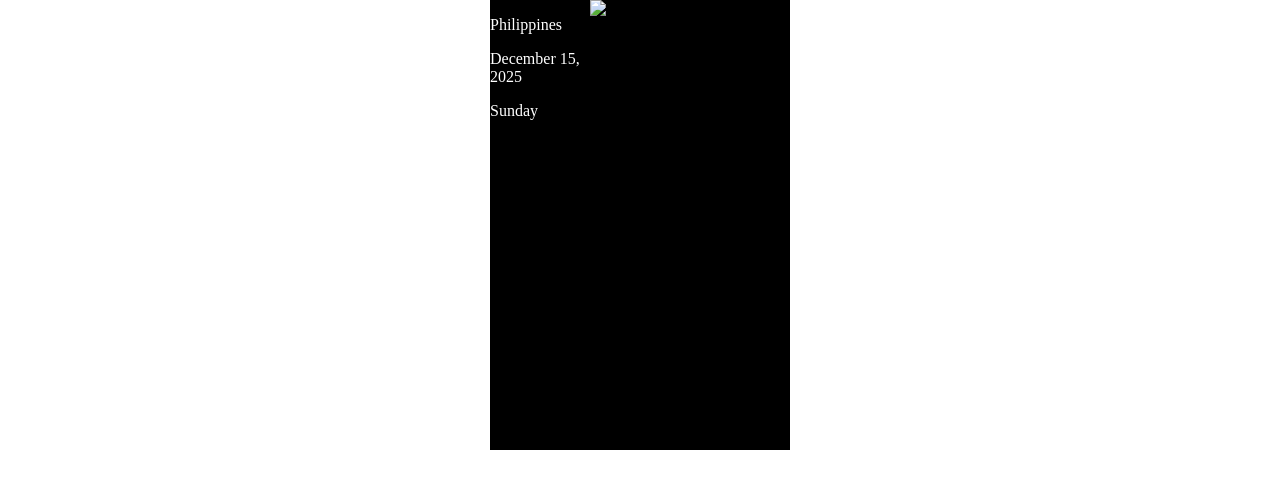
Repository: dmpelaez/weatherApp
Page: WeatherApp.html
An editor plug-in stored every save of this project. The page is shown before and after the next save, followed by the edit.
The browser window is 1280 px wide. The pictures show the whole page.
The page's requests for data from a server got no answer.

Above is the page before, as saved 2025-12-14 12:09:47.

### WeatherApp.html
<!DOCTYPE html>

  <html>

    <head>

      <title>Weather App</title>

      <meta name="viewport" content="width=device-width, initial-scale=1.0">

      <!--CSS-->
      <Link rel="stylesheet" href="WeatherApp.css">
    </head>

    <body>

      <!--Container of the weather app-->
      <div class="container">

        <!--Visual part of the weather app-->
        <section class="WeatherVisual">
          <div class="countryInfo">
            <p class="country-name">Philippines</p>
            <p class="todaydate">December 15, 2025</p>
            <p class="dateToday">Sunday</p>
          </div>
          <!--imgs of weather-->
          <div class="imgOfweather">
            <img class="img" src="#">
          </div>

          <p class="temp">27C</p>
          <p class="description">Clear</p>
        </section>

      </div>


      <script src="WeatherApp.js"></script>
    </body>

  </html>

### WeatherApp.css
body {
  margin: 0;
  padding: 0;
  box-sizing: border-box;
  display: flex;
  align-items: center;
  justify-content: center;

  width: 100%;
}

.container {
display: flex;

}
.WeatherVisual {
  display: grid;
  grid-template-columns: 100px 200px 50px 50px;
  background: black;
  color: white;
  width: 300px;
  height: 450px;
}

### WeatherApp.js
const APIkey = '84c3820830b89e9c5cca040b57bbbe7a';
const APIurl = "https://api.openweathermap.org/data/2.5/weather?units=metric&q=philippines";


async function weatherApp() {
  const response = await fetch(APIurl + `&appid=${APIkey}`);
  const data = await response.json();
  console.log(data);
}

weatherApp();

After the next save:
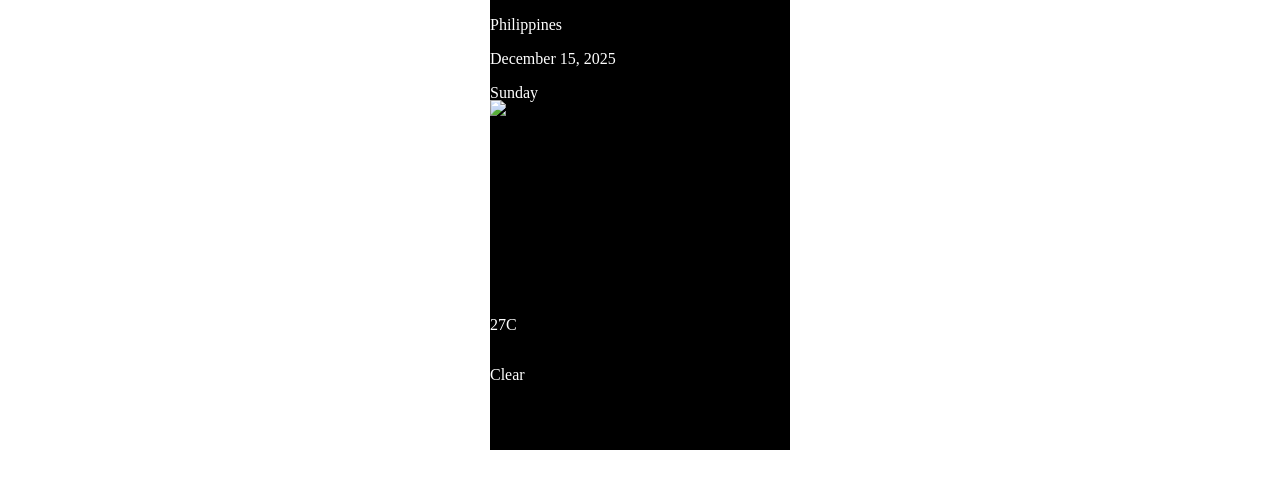
Saved 12 s later.
--- a/WeatherApp.css
+++ b/WeatherApp.css
@@ -15,7 +15,7 @@ display: flex;
 }
 .WeatherVisual {
   display: grid;
-  grid-template-columns: 100px 200px 50px 50px;
+  grid-template-rows: 100px 200px 50px 50px;
   background: black;
   color: white;
   width: 300px;
